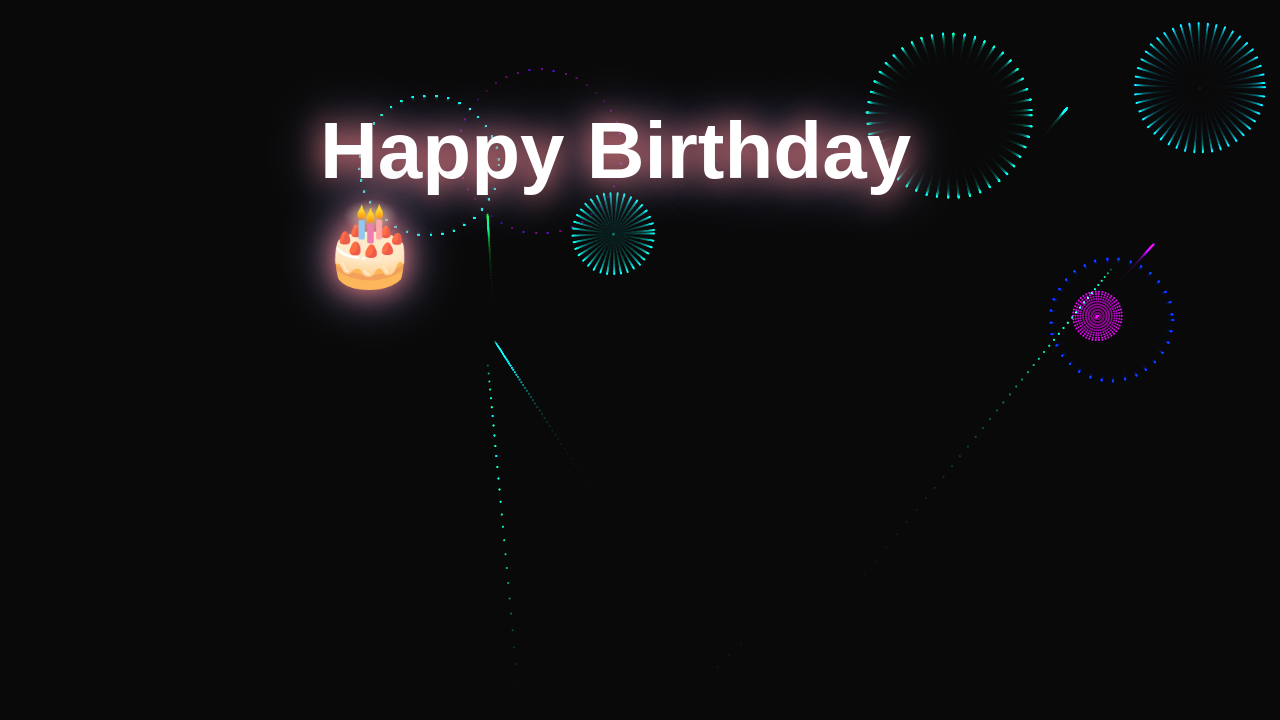
Repository: codex795/fashion-responsive
Page: birtt.html
An editor plug-in stored every save of this project. The page is shown before and after the next save, followed by the edit.
The browser window is 1280 px wide. The pictures show the whole page.

Above is the page before, as saved 2025-11-06 14:20:48.

After the next save:
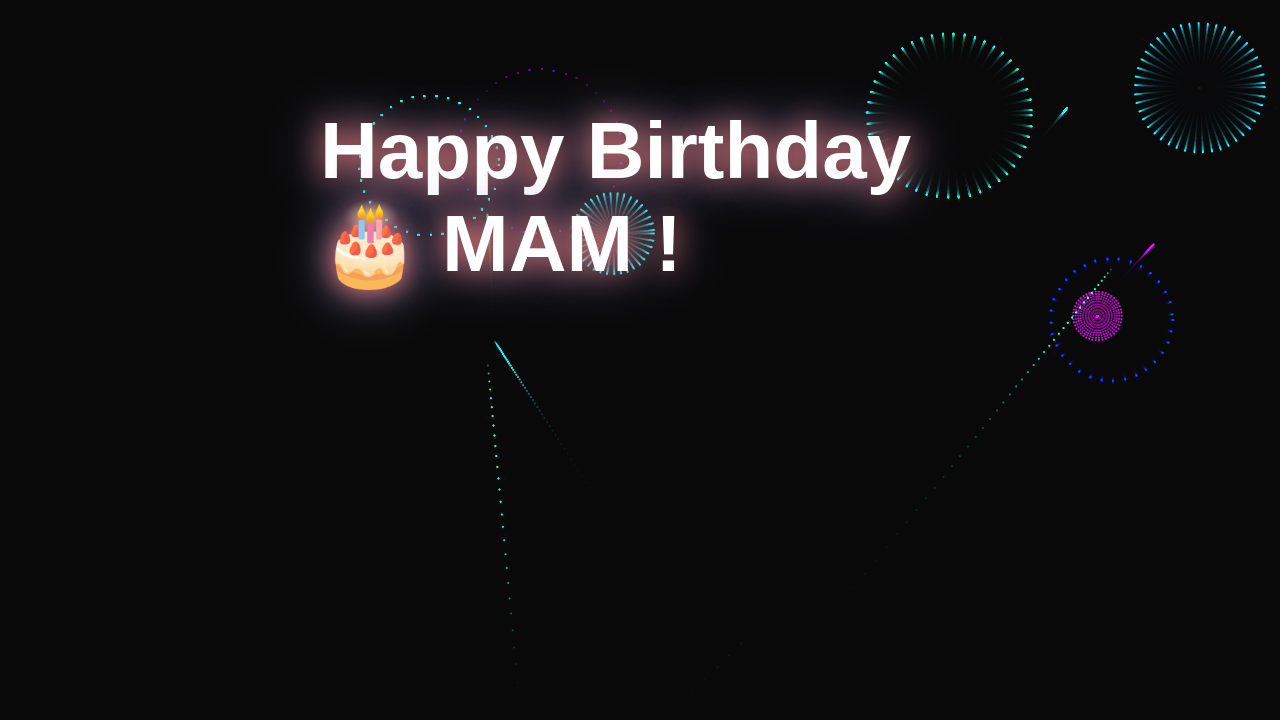
Saved 67 s later.
--- a/birtt.html
+++ b/birtt.html
@@ -38,7 +38,7 @@
   </style>
 </head>
 <body>
-  <h1>Happy Birthday 🎂</h1>
+  <h1>Happy Birthday 🎂 MAM !</h1>
   <canvas id="birthday"></canvas>
 
   <script>
